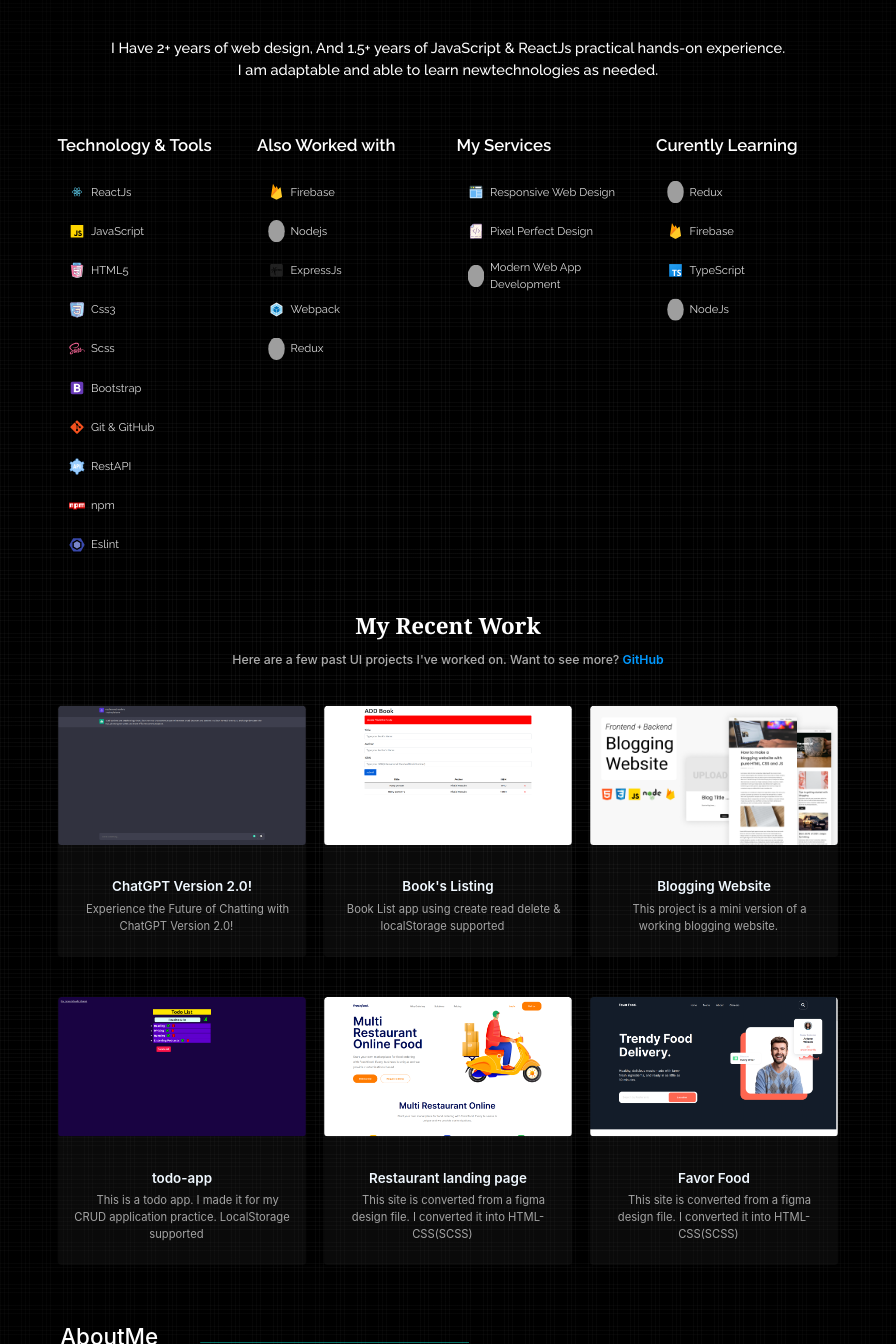
Repository: badhon252/my-portfolio
Page: /
These files come from the project's save history. The page is drawn as it stood at one moment and after the next save; the edit follows.
The browser window is 1280 px wide. The pictures show the part of the page from y = 796 to 2716 px (the page is 3711 px tall before and 3703 px after), at 70% of full size.
Pictures or frames that could not be fetched are drawn as grey boxes. Some web fonts or font styles are not loaded; a fallback is used. The project was rebuilt for these pictures with package versions that can differ from the ones it lists, and the page was loaded fresh each time.

Above is the page before, as saved 2023-02-14 18:37:29.

After the next save:
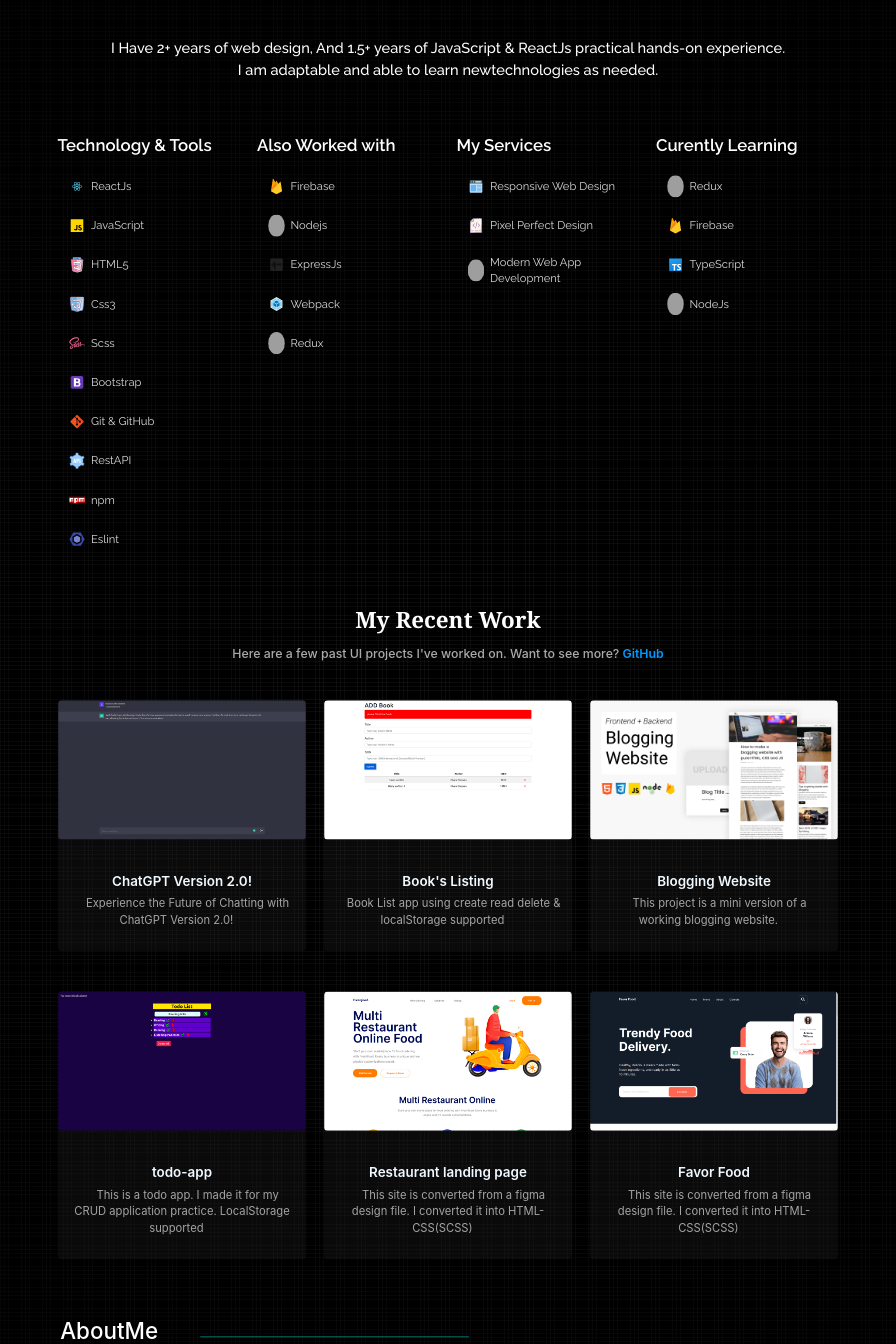
Saved 83 s later.
--- a/src/Components/Home/Skill/Skill.css
+++ b/src/Components/Home/Skill/Skill.css
@@ -20,7 +20,7 @@
     margin-bottom: 1rem;
 }
 
-.skillSet__title__text::after {
+.skillSet__title__text h2::after {
     content: "";
     display: block;
     height: 4px;
@@ -29,7 +29,7 @@
     background: rgb(255, 14, 118);
 }
 
-.skillSet:hover .skillSet__title__text::after {
+.skillSet:hover .skillSet__title__text h2::after {
     width: 50%;
 }
 
